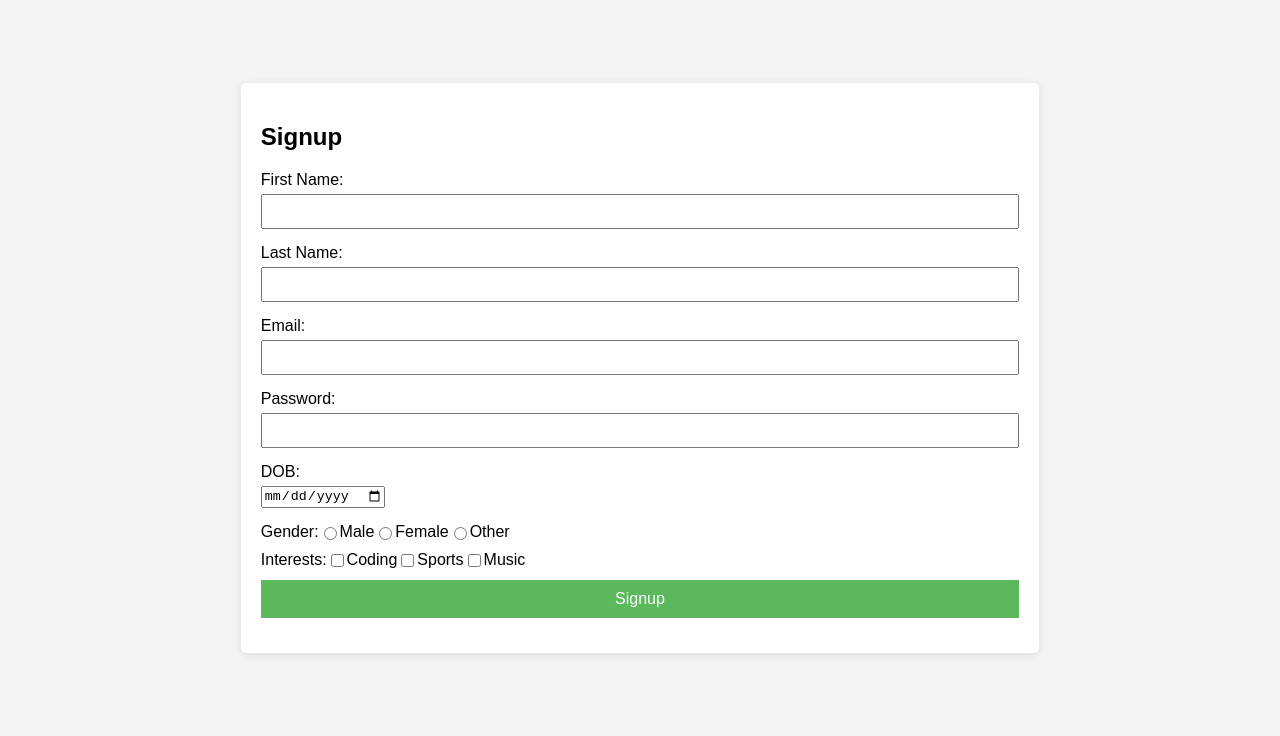
Repository: SHASHIDHAR-as/Spring
Page: spring-jsp-servelets/webapp/Webapp/src/main/webapp/Login.html
These files come from the project's save history. The page is drawn as it stood at one moment and after the next save; the edit follows.
The browser window is 1280 px wide. The pictures show the whole page.

Above is the page before, as saved 2024-07-30 06:34:02.

### spring-jsp-servelets/webapp/Webapp/src/main/webapp/Login.html
<!DOCTYPE html>
<html lang="en">
<head>
    <meta charset="UTF-8">
    <meta name="viewport" content="width=device-width, initial-scale=1.0">
    <title>Deloitte Signup Page</title>
    <style>
        body {
            font-family: Arial, sans-serif;
            background-color: #f4f4f4;
            display: flex;
            justify-content: center;
            align-items: center;
            height: 100vh;

        }
        .signup-form {
            background-color: #fff;
            padding: 20px;
            border-radius: 5px;
            box-shadow: 0 2px 10px rgba(0, 0, 0, 0.1);
            width:60%;
        }
        .signup-form h2 {
            margin-bottom: 20px;
        }
        .form-group {
            margin-bottom: 15px;
        }
        .form-group-w {
            display:flex;
            padding-bottom:10px;
        }
        .form-group label {
            display: block;
            margin-bottom: 5px;
        }
        .form-group input[type="text"],
        .form-group input[type="email"],
        .form-group input[type="password"] {
            width: 100%;
            padding: 8px;
            box-sizing: border-box;
        }
        .form-group input[type="radio"],
        .form-group input[type="checkbox"] {
            margin-right: 10px;
        }
        .form-group button {
            width: 100%;
            padding: 10px;
            background-color: #5cb85c;
            border: none;
            color: white;
            font-size: 16px;
            cursor: pointer;
        }
        .form-group button:hover {
            background-color: #4cae4c;
        }
    </style>
</head>
<body>
    <form class="signup-form">
        <h2>Signup</h2>
        <div class="form-group">
            <label for="firstname">First Name:</label>
            <input type="text" id="firstname" name="firstname" required>
        </div>
        <div class="form-group">
            <label for="lastname">Last Name:</label>
            <input type="text" id="lastname" name="lastname" required>
        </div>
        <div class="form-group">
            <label for="email">Email:</label>
            <input type="email" id="email" name="email" required>
        </div>
        <div class="form-group">
            <label for="password">Password:</label>
            <input type="password" id="password" name="password" required>
        </div>
        <div class="form-group">
            <label for="Dob">DOB:</label>
            <input type="date" id="dob" name="dob" required>
        </div>
        <div class="form-group-w">
            <label>Gender:</label>
            <input type="radio" id="male" name="gender" value="male" required>
            <label for="male">Male</label>
            <input type="radio" id="female" name="gender" value="female" required>
            <label for="female">Female</label>
            <input type="radio" id="other" name="gender" value="other" required>
            <label for="other">Other</label>
        </div>
        <div class="form-group-w">
            <label>Interests:</label>
            <input type="checkbox" id="coding" name="interests" value="coding">
            <label for="coding">Coding</label>
            <input type="checkbox" id="sports" name="interests" value="sports">
            <label for="sports">Sports</label>
            <input type="checkbox" id="music" name="interests" value="music">
            <label for="music">Music</label>
        </div>
        <div class="form-group">
            <button type="submit">Signup</button>
        </div>
    </form>
</body>
</html>

After the next save:
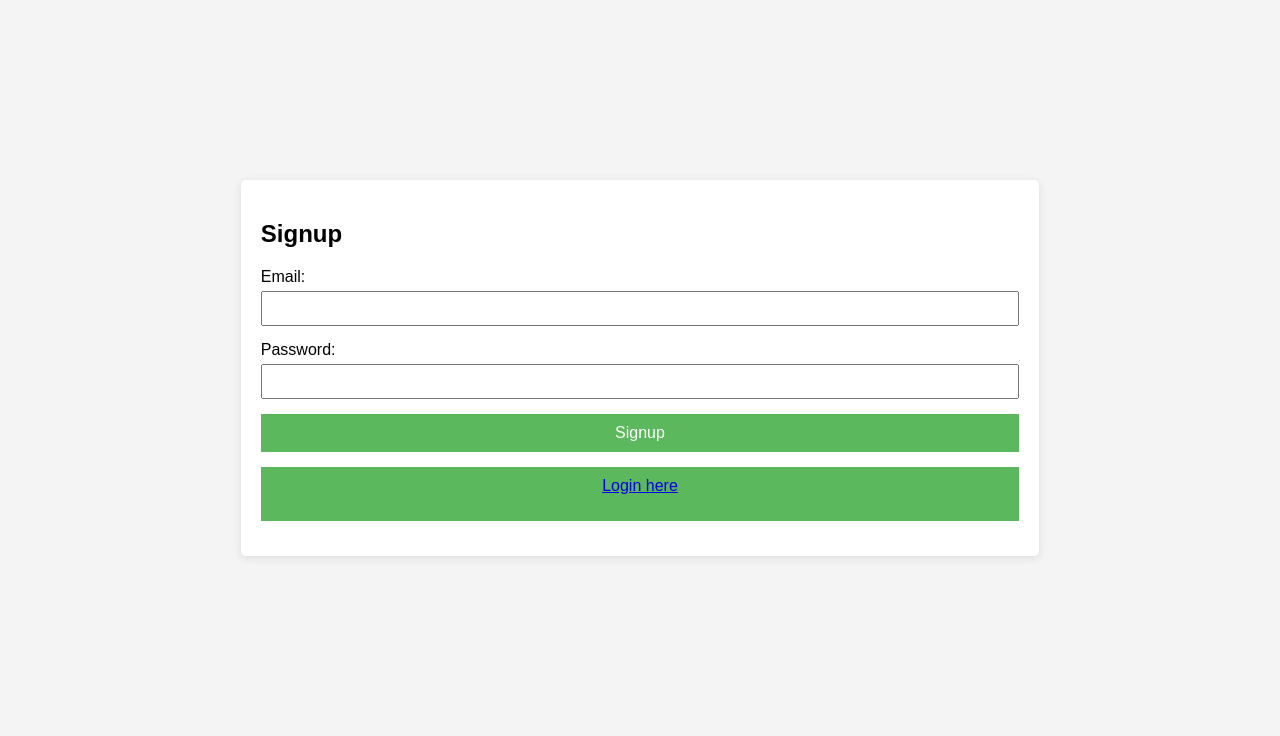
Saved 4 min 9 s later.
--- a/spring-jsp-servelets/webapp/Webapp/src/main/webapp/Login.html
+++ b/spring-jsp-servelets/webapp/Webapp/src/main/webapp/Login.html
@@ -63,14 +63,7 @@
 <body>
     <form class="signup-form">
         <h2>Signup</h2>
-        <div class="form-group">
-            <label for="firstname">First Name:</label>
-            <input type="text" id="firstname" name="firstname" required>
-        </div>
-        <div class="form-group">
-            <label for="lastname">Last Name:</label>
-            <input type="text" id="lastname" name="lastname" required>
-        </div>
+
         <div class="form-group">
             <label for="email">Email:</label>
             <input type="email" id="email" name="email" required>
@@ -79,30 +72,13 @@
             <label for="password">Password:</label>
             <input type="password" id="password" name="password" required>
         </div>
+
+
         <div class="form-group">
-            <label for="Dob">DOB:</label>
-            <input type="date" id="dob" name="dob" required>
-        </div>
-        <div class="form-group-w">
-            <label>Gender:</label>
-            <input type="radio" id="male" name="gender" value="male" required>
-            <label for="male">Male</label>
-            <input type="radio" id="female" name="gender" value="female" required>
-            <label for="female">Female</label>
-            <input type="radio" id="other" name="gender" value="other" required>
-            <label for="other">Other</label>
-        </div>
-        <div class="form-group-w">
-            <label>Interests:</label>
-            <input type="checkbox" id="coding" name="interests" value="coding">
-            <label for="coding">Coding</label>
-            <input type="checkbox" id="sports" name="interests" value="sports">
-            <label for="sports">Sports</label>
-            <input type="checkbox" id="music" name="interests" value="music">
-            <label for="music">Music</label>
+            <button type="submit">Signup</button>
         </div>
         <div class="form-group">
-            <button type="submit">Signup</button>
+            <button type="submit"><a href="Signin.html">Login here</a></p></button>
         </div>
     </form>
 </body>
